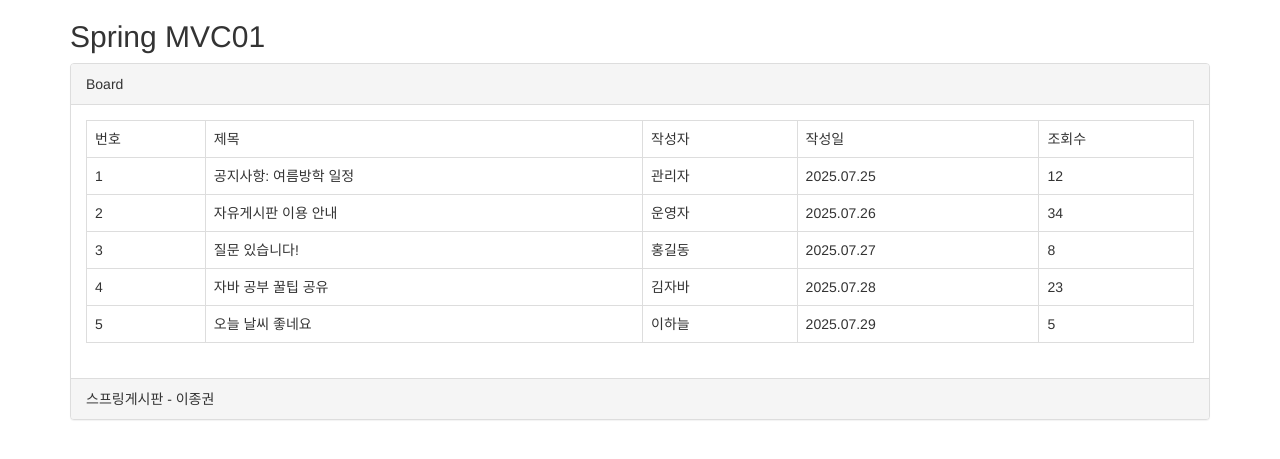
Repository: leejonggwon/PBG_SpringProject
Page: http://localhost/SpringMVC01/boardList.do
The author's editor kept a copy of each file at every save. The page is drawn from the files as they stood at one save, then again after the next save.
The browser window is 1280 px wide. The pictures show the whole page.
The page is served by Tomcat 9. Other server files are loaded and not shown.

Above is the page before, as saved 2025-08-01 01:42:39.

### SpringMVC01/src/main/webapp/WEB-INF/views/boardList.jsp
<%@ page language="java" contentType="text/html; charset=UTF-8"
    pageEncoding="UTF-8"%>
<%@ taglib prefix="c" uri="http://java.sun.com/jsp/jstl/core"%>
<!DOCTYPE html>
<html>
<head>
<meta charset="UTF-8">
<title>Insert title here</title>
<link rel="stylesheet" href="https://maxcdn.bootstrapcdn.com/bootstrap/3.4.1/css/bootstrap.min.css">
<script src="https://ajax.googleapis.com/ajax/libs/jquery/3.7.1/jquery.min.js"></script>
<script src="https://maxcdn.bootstrapcdn.com/bootstrap/3.4.1/js/bootstrap.min.js"></script>
</head>
<body>
	<div class="container">
		<h2>Spring MVC01</h2>
		<div class="panel panel-default">
			<div class="panel-heading">Board</div>
			<div class="panel-body">
				<table class= "table table-bordered table-hover">
					<tr>
						<td>번호</td>
						<td>제목</td>
						<td>작성자</td>
						<td>작성일</td>
						<td>조회수</td>
					</tr>

					<tr>
						<td>1</td>
						<td>공지사항: 여름방학 일정</td>
						<td>관리자</td>
						<td>2025.07.25</td>
						<td>12</td>
					</tr>
					<tr>
						<td>2</td>
						<td>자유게시판 이용 안내</td>
						<td>운영자</td>
						<td>2025.07.26</td>
						<td>34</td>
					</tr>
					<tr>
						<td>3</td>
						<td>질문 있습니다!</td>
						<td>홍길동</td>
						<td>2025.07.27</td>
						<td>8</td>
					</tr>
					<tr>
						<td>4</td>
						<td>자바 공부 꿀팁 공유</td>
						<td>김자바</td>
						<td>2025.07.28</td>
						<td>23</td>
					</tr>
					<tr>
						<td>5</td>
						<td>오늘 날씨 좋네요</td>
						<td>이하늘</td>
						<td>2025.07.29</td>
						<td>5</td>
					</tr>
				</table>
			</div>
			<div class="panel-footer">스프링게시판 - 이종권</div>
		</div>
	</div>
</body>
</html>

After the next save:
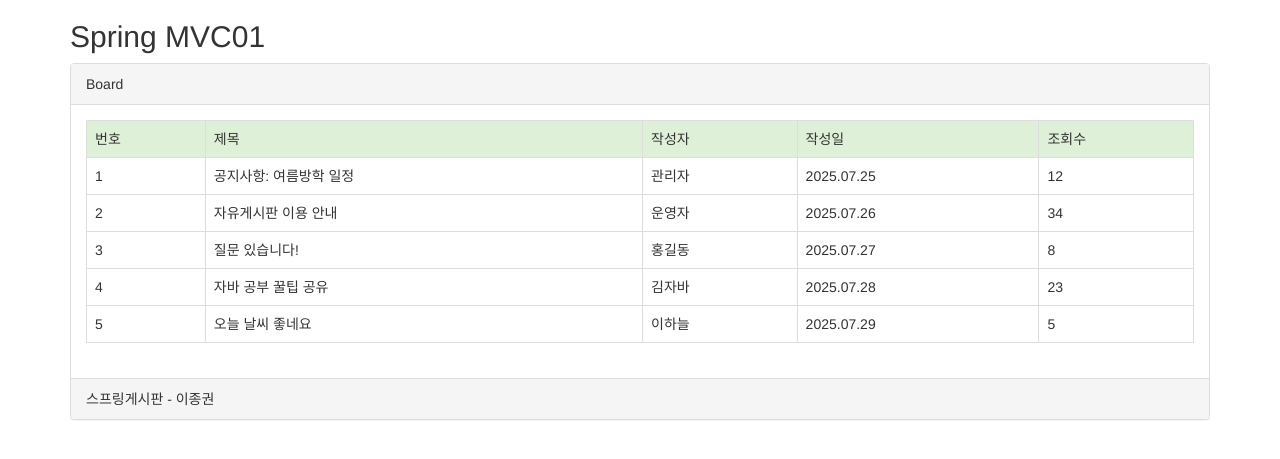
Saved 85 s later.
--- a/SpringMVC01/src/main/webapp/WEB-INF/views/boardList.jsp
+++ b/SpringMVC01/src/main/webapp/WEB-INF/views/boardList.jsp
@@ -17,7 +17,7 @@
 			<div class="panel-heading">Board</div>
 			<div class="panel-body">
 				<table class= "table table-bordered table-hover">
-					<tr>
+					<tr class="success">
 						<td>번호</td>
 						<td>제목</td>
 						<td>작성자</td>
